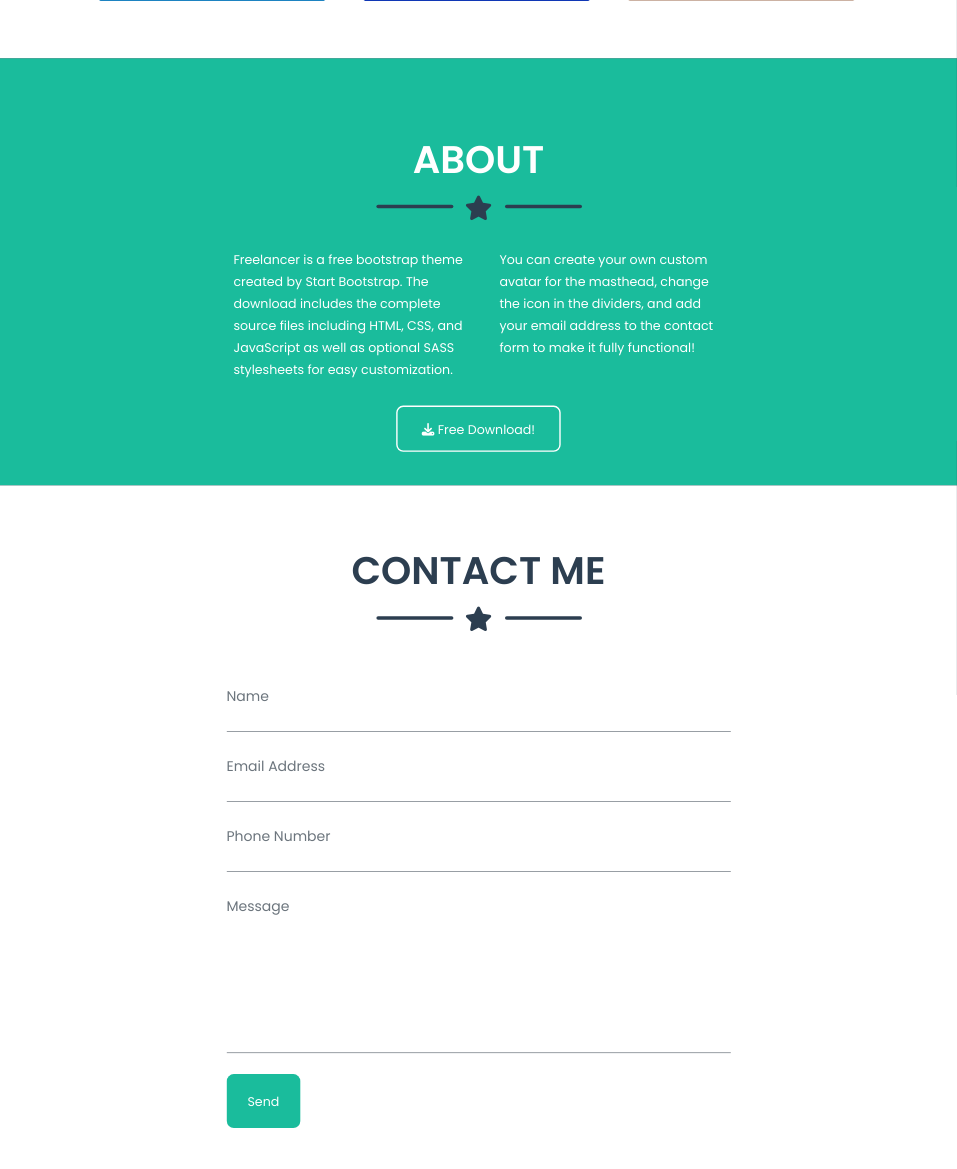
Repository: sSoRaK/web-cut-by-figma_train
Page: bai02/index.html
The author's editor kept a copy of each file at every save. The page is drawn from the files as they stood at one save, then again after the next save.
The browser window is 1280 px wide. The page is 1367 px wide, so the pictures cover 1367 px, including what lies to the right of the window. The pictures show the part of the page from y = 1549 to 3309 px (the page is 3219 px tall before and 3309 px after), at 70% of full size.

Above is the page before, as saved 2023-06-02 14:58:12.

### bai02/index.html
<!DOCTYPE html>
<html lang="en">
  <head>
    <meta charset="UTF-8" />
    <meta http-equiv="X-UA-Compatible" content="IE=edge" />
    <meta name="viewport" content="width=device-width, initial-scale=1.0" />
    <title>Start Bootstrap</title>
    <link rel="stylesheet" href="./style.css" />
    <link
      href="https://fonts.googleapis.com/css2?family=Poppins:wght@100;200;300;400;500;600&display=swap"
      rel="stylesheet"
    />
    <link
      rel="stylesheet"
      href="https://cdnjs.cloudflare.com/ajax/libs/font-awesome/6.4.0/css/all.min.css"
      integrity="sha512-iecdLmaskl7CVkqkXNQ/ZH/XLlvWZOJyj7Yy7tcenmpD1ypASozpmT/E0iPtmFIB46ZmdtAc9eNBvH0H/ZpiBw=="
      crossorigin="anonymous"
      referrerpolicy="no-referrer"
    />
  </head>
  <body>
    <div class="container">
      <!-- header menu -->
      <header>
        <div class="header-logo">
          <h2>Start Bootstrap</h2>
        </div>
        <nav>
          <ul>
            <li><a href="#">PORTFOLIO</a></li>
            <li><a href="#">ABOUT</a></li>
            <li><a href="#">CONTACT</a></li>
          </ul>
        </nav>
      </header>
      <!-- header menu -->
      <!-- main -->
      <main>
        <!-- block 01 -->
        <section class="block01 start-bootstrap">
          <img
            src="./resources/avataaars.png"
            alt="avatar"
            srcset="./resources/avataaars.png 2x"
          />
          <h3>START BOOTSTRAP</h3>
          <div class="star-line">
            <i class="fa-solid fa-star"></i>
          </div>
          <p>Graphic Artist - Web Designer - Illustrator</p>
        </section>
        <!-- block 01 -->

        <!-- block 02 -->
        <section class="block02 portfolio">
          <h4>PORTFOLIO</h4>
          <div class="star-line">
            <i class="fa-solid fa-star"></i>
          </div>
          <div class="img-list">
            <img
              src="./resources/cabin.png"
              alt="cabin"
              srcset="./resources/cabin.png 2x"
            />
            <img
              src="./resources/cake.png"
              alt="cake"
              srcset="./resources/cake.png"
            />
            <img
              src="./resources/circus.png"
              alt="circus"
              srcset="./resources/circus.png 2x"
            />
            <img
              src="./resources/game.png"
              alt="game"
              srcset="./resources/game.png 2x"
            />
            <img
              src="./resources/safe.png"
              alt="safe"
              srcset="./resources/safe.png 2x"
            />
            <img
              src="./resources/submarine.png"
              alt="submarine"
              srcset="./resources/submarine.png 2x"
            />
          </div>
        </section>
        <!-- block 02 -->

        <!-- block 03 -->
        <section class="block03 about">
          <h4>ABOUT</h4>
          <div class="star-line">
            <i class="fa-solid fa-star"></i>
          </div>
          <div iv class="content">
            <div class="left-content">
              Freelancer is a free bootstrap theme created by Start Bootstrap.
              The download includes the complete source files including HTML,
              CSS, and JavaScript as well as optional SASS stylesheets for easy
              customization.
            </div>
            <div class="right-content">
              You can create your own custom avatar for the masthead, change the
              icon in the dividers, and add your email address to the contact
              form to make it fully functional!
            </div>
          </div>
          <button><i class="fa-solid fa-download"></i> Free Download!</button>
        </section>
        <!-- block 03 -->

        <!-- block 04 -->
        <section class="block04 contact-me">
          <h4>CONTACT ME</h4>
          <div class="star-line">
            <i class="fa-solid fa-star"></i>
          </div>
          <div class="form">
            <form action="#" method="post">
              <div class="block">
                <label for="name">Name</label>
                <input type="text" name="name" id="name" />
              </div>
              <div class="block">
                <label for="email">Email Address</label>
                <input type="email" name="email" id="email" />
              </div>
              <div class="block">
                <label for="phone-number">Phone Number</label>
                <input type="number" name="phone-number" id="phone-number" />
              </div>
              <div class="block">
                <label for="message">Message</label>
                <textarea
                  name="message"
                  id="message"
                  style="resize: none"
                ></textarea>
              </div>
              <div class="send-btn">
                <input type="submit" value="Send" />
              </div>
            </form>
          </div>
        </section>
        <!-- block 04 -->
      </main>
      <!-- main -->
    </div>
  </body>
</html>

### bai02/style.css
* {
  margin: 0;
  padding: 0;
  box-sizing: border-box;
  font-family: "Poppins", sans-serif;
  list-style: none;
  text-decoration: none;
}
body {
  background-color: #0e0e0e;
  height: 2400px;
}
.container {
  width: 1367px;
  background-color: #2c3e50;
  margin: 0 auto;
}
/* header menu */
header {
  height: 100px;
  color: #ffffff;
  display: flex;
  justify-content: space-between;
  align-items: center;
  margin: 0 155px 0 130px;
}
.header-logo {
  text-transform: uppercase;
  font-weight: 700;
  font-size: 20px;
  cursor: pointer;
}
nav ul {
  display: flex;
  gap: 40px;
}

ul li a {
  color: #ffffff;
  font-weight: 600;
  font-size: 18px;
}
/* header menu */
/* main */

/* block 01 */
.block01 {
  /* position: relative; */
  height: 680px;
  background-color: #1abc9c;
  color: #ffffff;
  text-align: center;
  padding: 102px 0;
}
.block01 img {
  width: 250px;
  height: 250px;
  margin-bottom: 30px;
}
.block01 h3 {
  font-size: 65px;
}
.star-line {
  margin-bottom: 20px;
}
.block01 p {
  font-size: 20px;
}
/* block 01 */
/* block 02 */
.block02 {
  height: 852px;
  background-color: #ffffff;
  color: #ffffff;
  padding: 80px 0;
}
.block02 h4,
.block03 h4,
.block04 h4 {
  text-align: center;
  color: #2c3e50;
  font-size: 55px;
  margin-bottom: 10px;
}
/* làm star line */
.star-line {
  position: relative;
  color: #2c3e50;
  text-align: center;
}
.fa-star {
  font-size: 35px;
}
.star-line::before {
  position: absolute;
  content: "";
  width: 110px;
  height: 5px;
  bottom: 50%;
  left: 50%;
  background-color: #2c3e50;
  transform: translateX(-133%);
  border-radius: 10px;
}
.star-line::after {
  position: absolute;
  content: "";
  width: 110px;
  height: 5px;
  bottom: 50%;
  right: 50%;
  background-color: #2c3e50;
  transform: translateX(134%);
  border-radius: 10px;
}
/* phần image list */
.img-list {
  display: grid;
  grid-template-rows: repeat(2, 240px);
  grid-template-columns: repeat(3, 330px);
  gap: 48px;
  margin: 32px 138px 0 138px;
}
.img-list img {
  width: 330px;
  height: 240px;
  object-fit: contain;
  border-radius: 10px;
}
/* block 02 */

/* block 03 */
.block03 {
  height: 610px;
  background-color: #1abc9c;
  text-align: center;
  padding: 102px 0;
}
.block03 h4 {
  color: #ffffff;
}
.content {
  display: flex;
  width: 700px;
  height: 180px;
  margin: 38px auto 45px auto;
  column-gap: 50px;
  color: #ffffff;
}
.left-content,
.right-content {
  font-size: 18px;
  line-height: 1.75em;
  text-align: left;
}
.left-content {
  width: 330px;
}
.right-content {
  width: 320px;
}
/* button */
.block03 button {
  width: 235px;
  height: 66px;
  background-color: transparent;
  border: 2px solid #ffffff;
  border-radius: 10px;
  color: #ffffff;
  cursor: pointer;
  font-size: 18px;
}
/* block 03 */

/* block 04 */
.block04 {
  height: 977px;
  background-color: #fff;
  padding: 80px 0;
}
.form {
  width: 720px;
  height: 610px;
  margin: 75px auto;
}
.block {
  width: 100%;
  height: 65px;
  margin-bottom: 20px;
}
.block:not(:first-child) {
  margin-top: 35px;
}
.block label {
  color: #6c757d;
  font-size: 20px;
}
.block input,
.block #message {
  display: block;
  width: 100%;
  border: none;
  border-bottom: 1.5px solid #6c757d;
  margin-top: 15px;
}
.block textarea {
  height: 180px;
}
.send-btn {
  margin-top: 190px;
  width: 100px;
  height: 68px;
}
.send-btn input {
  font-size: 18px;
  border: none;
  color: #fff;
  background-color: #1abc9c;
  padding: 25px 30px;
  border-radius: 10px;
  cursor: pointer;
}
/* block 04 */

/* main */

After the next save:
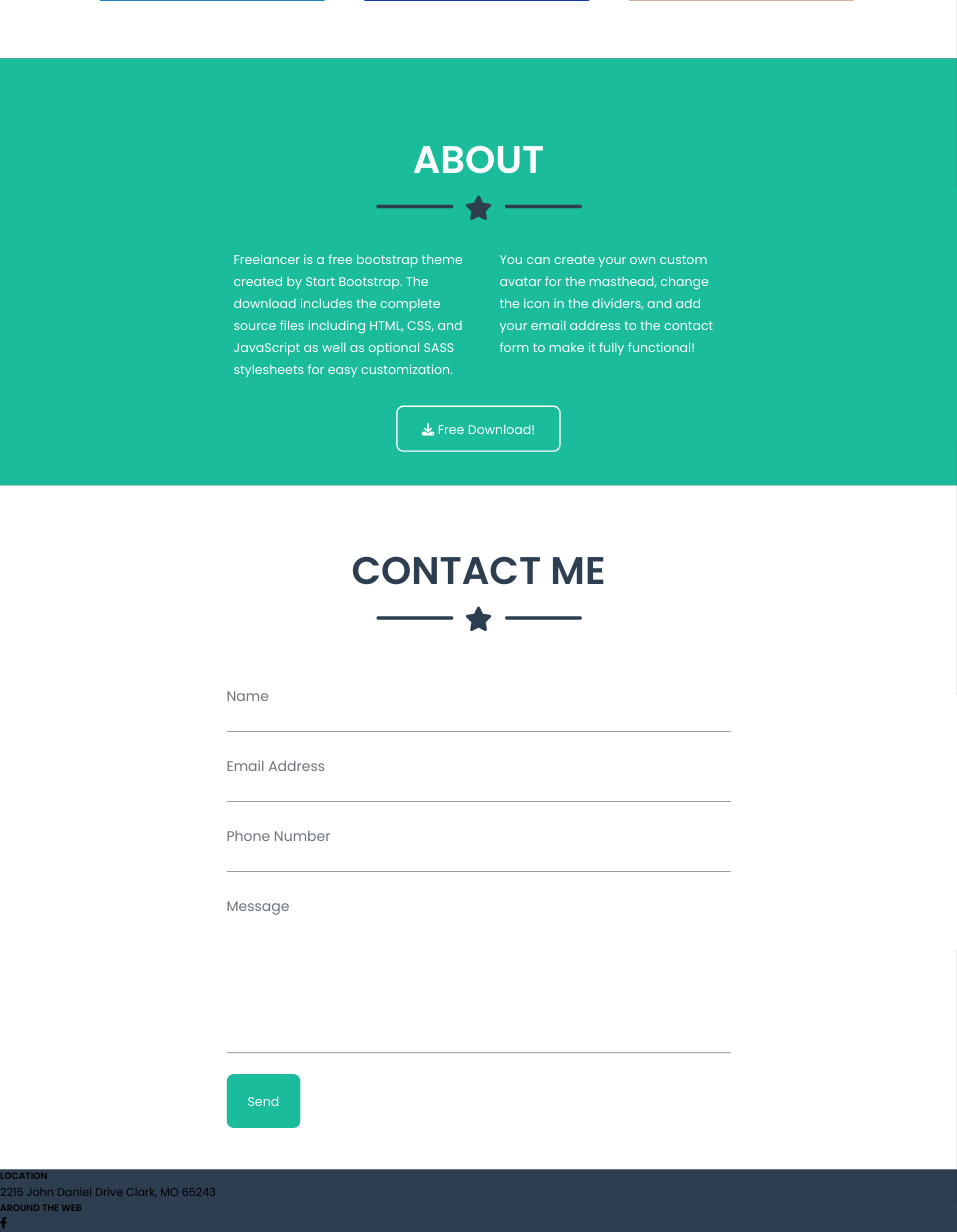
Saved 5 min 37 s later.
--- a/bai02/index.html
+++ b/bai02/index.html
@@ -151,6 +151,20 @@
         </section>
         <!-- block 04 -->
       </main>
+      <footer>
+        <div class="wrapper">
+          <div class="location">
+            <h5>LOCATION</h5>
+            <p>2215 John Daniel Drive Clark, MO 65243</p>
+          </div>
+          <div class="around-the-web">
+            <h5>AROUND THE WEB</h5>
+            <div class="icon-web">
+              <i class="fa-brands fa-facebook-f"></i>
+            </div>
+          </div>
+        </div>
+      </footer>
       <!-- main -->
     </div>
   </body>
